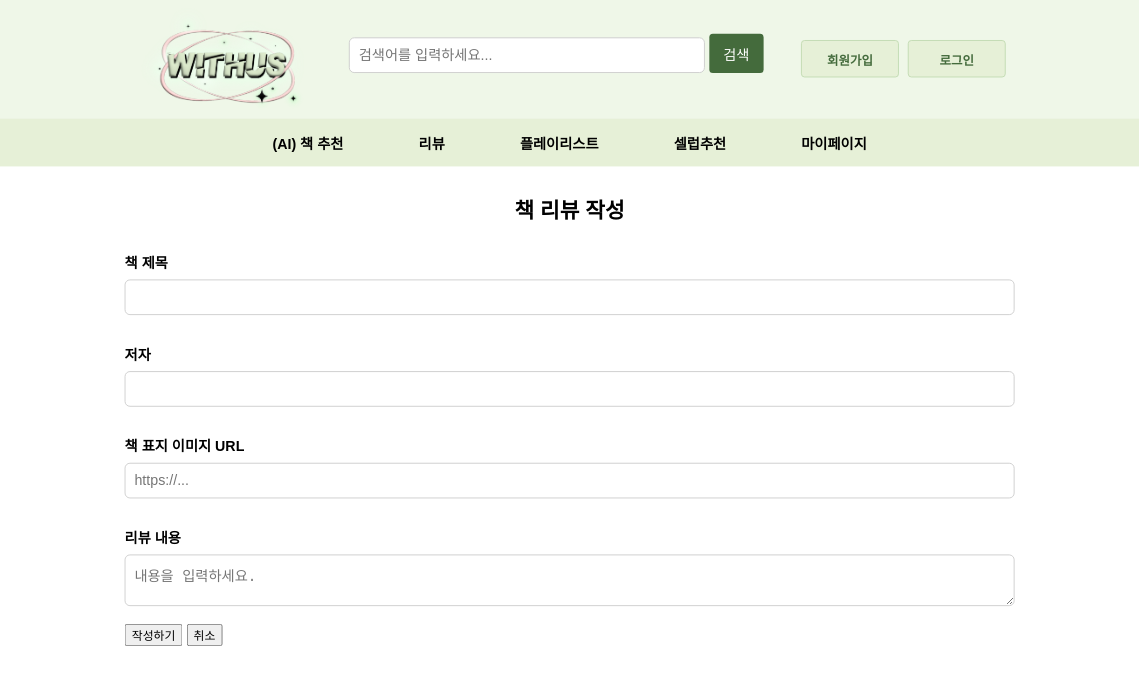
Repository: book-recommendation-team/book_recommendation_web_project
Page: http://localhost/BookRec_Final/reviewForm.jsp
The author's editor kept a copy of each file at every save. The page is drawn from the files as they stood at one save, then again after the next save.
The browser window is 1280 px wide. The pictures show the whole page, at 89% of full size.
The page is served by Tomcat 9.

Above is the page before, as saved 2025-07-09 04:03:42.

After the next save:
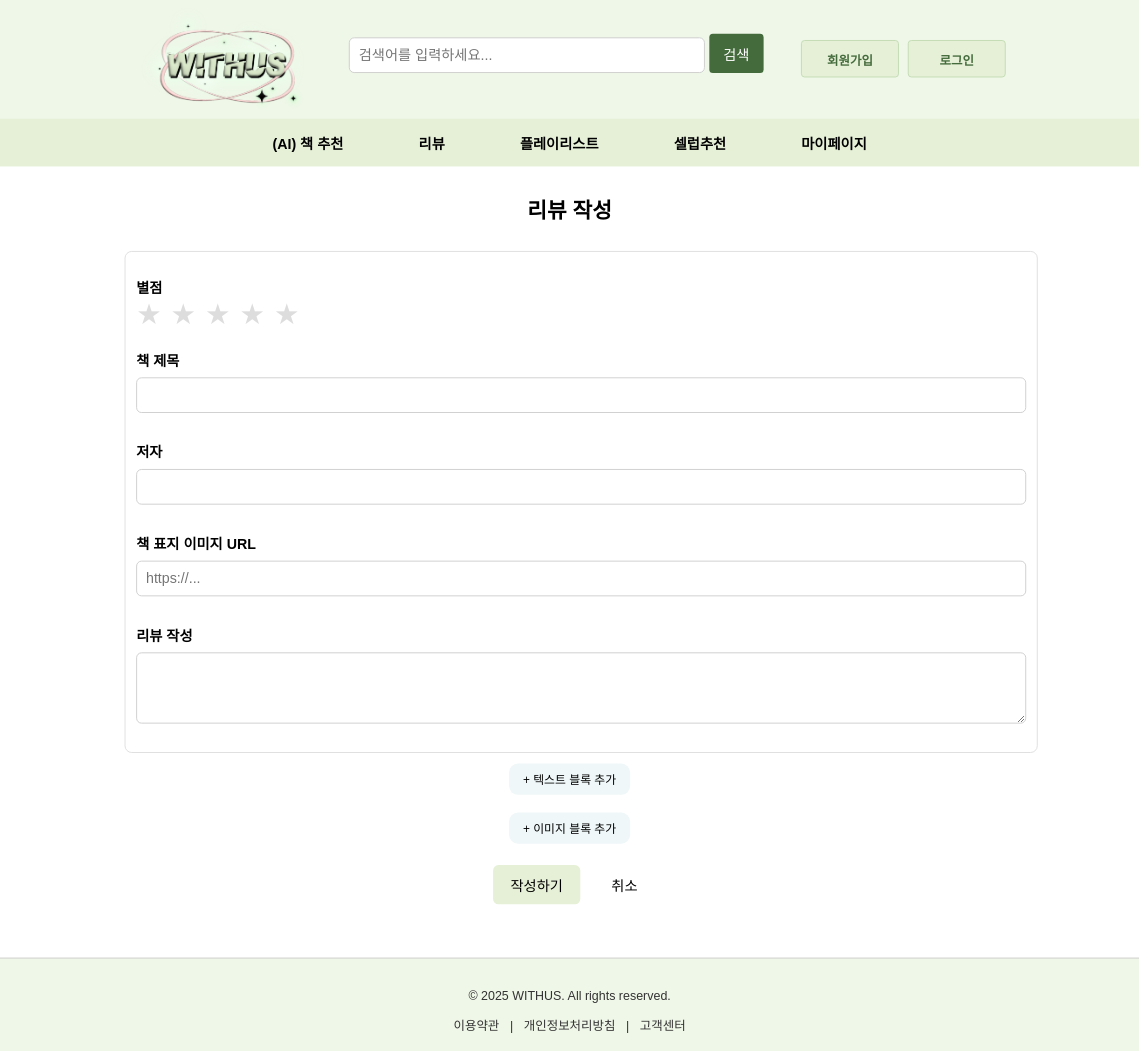
Saved 40 s later.
--- a/BookRec_Final/src/main/webapp/reviewForm.jsp
+++ b/BookRec_Final/src/main/webapp/reviewForm.jsp
@@ -148,22 +148,90 @@ input[type="text"], input[type="file"], textarea {
 			href="#">마이페이지</a>
 	</nav>
 	<div class="container">
-		<h2>책 리뷰 작성</h2>
-		<form action="submitReview" method="post">
-			<label for="title">책 제목</label> <input type="text" id="title"
-				name="title" required /> <label for="author">저자</label> <input
-				type="text" id="author" name="author" required /> <label
-				for="coverImageUrl">책 표지 이미지 URL</label> <input type="text"
-				id="coverImageUrl" name="coverImageUrl" placeholder="https://..."
-				required /> <label for="reviewText">리뷰 내용</label>
-			<textarea id="reviewText" name="reviewText" placeholder="내용을 입력하세요."
-				required></textarea>
-
-			<div class="button-group">
-				<button type="submit" class="button-submit">작성하기</button>
-				<button type="button" class="button-cancel" onclick="history.back()">취소</button>
+		<h2>리뷰 작성</h2>
+		<form action="submitReview" method="post" enctype="multipart/form-data">
+			<div class="editor-block">
+		        <label>별점</label>
+		        <div class="star-rating">
+		          <span class="star" data-value="1">&#9733;</span>
+		          <span class="star" data-value="2">&#9733;</span>
+		          <span class="star" data-value="3">&#9733;</span>
+		          <span class="star" data-value="4">&#9733;</span>
+		          <span class="star" data-value="5">&#9733;</span>
+		          <input type="hidden" name="rating" id="rating" value="0">
+		        </div>
+				<label>책 제목</label> <input type="text" name="title" required>
+				<label>저자</label> <input type="text" name="author" required>
+				<label>책 표지 이미지 URL</label> <input type="text" name="coverImageUrl"
+					placeholder="https://..." required> <label>리뷰 작성</label>
+				<textarea name="reviewText" required></textarea>
 			</div>
-		</form>
-	</div>
+
+	<!-- 블록 추가 버튼 -->
+		<div style="text-align: center; margin-bottom: 20px;">
+			<button type="button" class="add-block-btn"
+				onclick="addEditorBlock('text')">+ 텍스트 블록 추가</button>
+			<button type="button" class="add-block-btn"
+				onclick="addEditorBlock('image')">+ 이미지 블록 추가</button>
+		</div>
+
+		<div class="button-box">
+			<button type="submit" class="submit-btn">작성하기</button>
+			<button type="button" class="cancel-btn" onclick="history.back()">취소</button>
+		</div>
+	</form>
+</div>
+
+	<script>
+	let blockCount = 1;
+
+	function addEditorBlock(type) {
+		blockCount++;
+		const editorArea = document.getElementById("editor-area");
+
+		const blockDiv = document.createElement("div");
+		blockDiv.className = "editor-block";
+
+		if (type === "text") {
+			blockDiv.innerHTML = `
+				<label>텍스트 입력</label>
+				<textarea name="contentBlock${blockCount}_text"></textarea>
+			`;
+		} else if (type === "image") {
+			blockDiv.innerHTML = `
+				<label>이미지 업로드</label>
+				<input type="file" name="contentBlock${blockCount}_image" accept="image/*">
+			`;
+		} else {
+			alert("알 수 없는 블록 타입입니다.");
+			return;
+		}
+
+		editorArea.appendChild(blockDiv);
+	}
+
+	const stars = document.querySelectorAll('.star');
+    const ratingInput = document.getElementById('rating');
+
+    stars.forEach((star, idx) => {
+      star.addEventListener('mouseover', () => {
+        stars.forEach((s, i) => {
+          s.classList.toggle('hovered', i <= idx);
+        });
+      });
+
+      star.addEventListener('mouseout', () => {
+        stars.forEach(s => s.classList.remove('hovered'));
+      });
+
+      star.addEventListener('click', () => {
+        ratingInput.value = idx + 1;
+        stars.forEach((s, i) => {
+          s.classList.toggle('selected', i <= idx);
+        });
+      });
+    });
+	</script>
 </body>
+<%@ include file="main_footer.jsp"%>
 </html>
